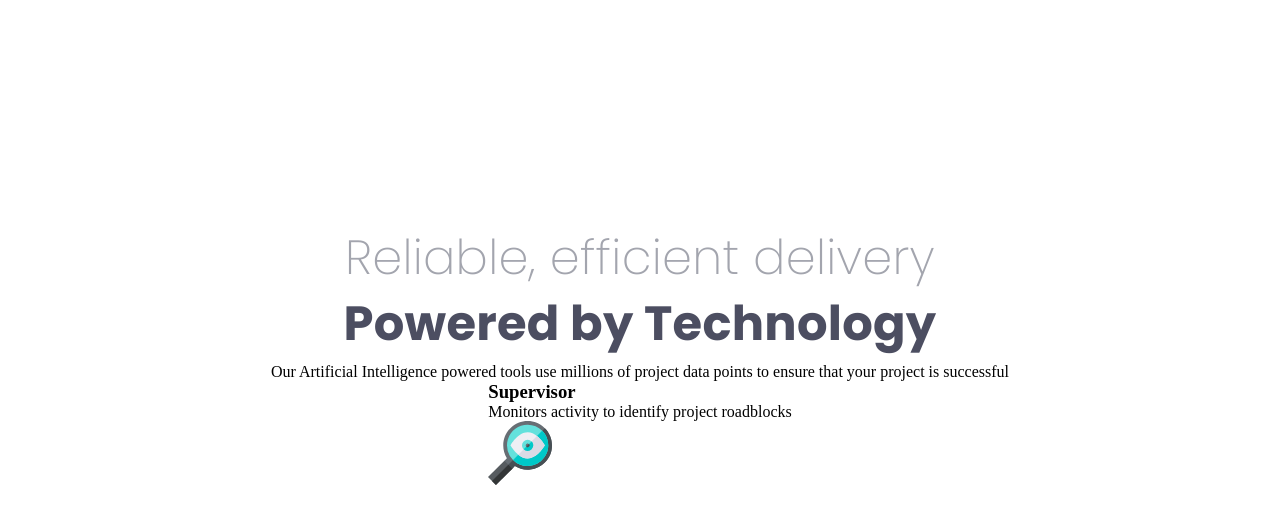
Repository: brandontaylor1/four-card-feature
Page: index.html
The author's editor kept a copy of each file at every save. The page is drawn from the files as they stood at one save, then again after the next save.
The browser window is 1280 px wide. The pictures show the whole page.

Above is the page before, as saved 2025-01-09 22:34:23.

### index.html
<!DOCTYPE html>
<html lang="en">
<head>
    <meta charset="UTF-8">
    <meta name="viewport" content="width=device-width, initial-scale=1.0">
    <link rel="preconnect" href="https://fonts.googleapis.com">
    <link rel="preconnect" href="https://fonts.gstatic.com" crossorigin>
    <link href="https://fonts.googleapis.com/css2?family=Poppins:ital,wght@0,100;0,200;0,300;0,400;0,500;0,600;0,700;0,800;0,900;1,100;1,200;1,300;1,400;1,500;1,600;1,700;1,800;1,900&display=swap" rel="stylesheet">
    <link rel="stylesheet" href="styles.css">
    <title>Four Card Feature</title>
</head>
<body>
    <main class="container">
        <section class="page-content">
            <h1>Reliable, efficient delivery</h1>
            <h2>Powered by Technology</h2>
            <p>Our Artificial Intelligence powered tools use millions of project data points to ensure that your project is successful</p>
        </section>
        <section class="card-container">
            <div class="card-column">
                <div class="card">
                    <h3>Supervisor</h3>
                    <p>Monitors activity to identify project roadblocks</p>
                    <img src="./assets/images/icon-supervisor.svg" alt="Supervisor Icon">
                </div>
            </div>
        </section>
    </main>

</body>
</html>

### styles.css
* {
    margin: 0;
    padding: 0;
    box-sizing: border-box;
}

:root {
    --primary-red: hsl(0, 78%, 62%);
    --primary-cyan: hsl(180, 62%, 55%);
    --primary-orange: hsl(34, 97%, 64%);
    --primary-blue: hsl(212, 86%, 64%);

    --secondary-dark-blue: hsl(234, 12%, 34%);
    --secondary-grayish-blue: hsl(229, 6%, 66%);
    --secondary-light-gray: hsl(0, 0%, 98%);
}

.container {
    height: 100vh;
    display: flex;
    align-items: center;
    justify-content: center;
    flex-direction: column;
}

.page-content {
    display: flex;
    flex-direction: column;
    align-items: center;
    justify-content: space-between;
    height: 150px;
}

.page-content h1 {
    font-size: 3rem;
    font-family: "Poppins", sans-serif;
    font-weight: 200;
    line-height: 54px;
    letter-spacing: .25px;
    color: var(--secondary-grayish-blue);
}

.page-content h2 {
    font-size: 3rem;
    font-family: "Poppins", sans-serif;
    font-weight: 700;
    line-height: 54px;
    letter-spacing: .25px;
    color: var(--secondary-dark-blue);
}

After the next save:
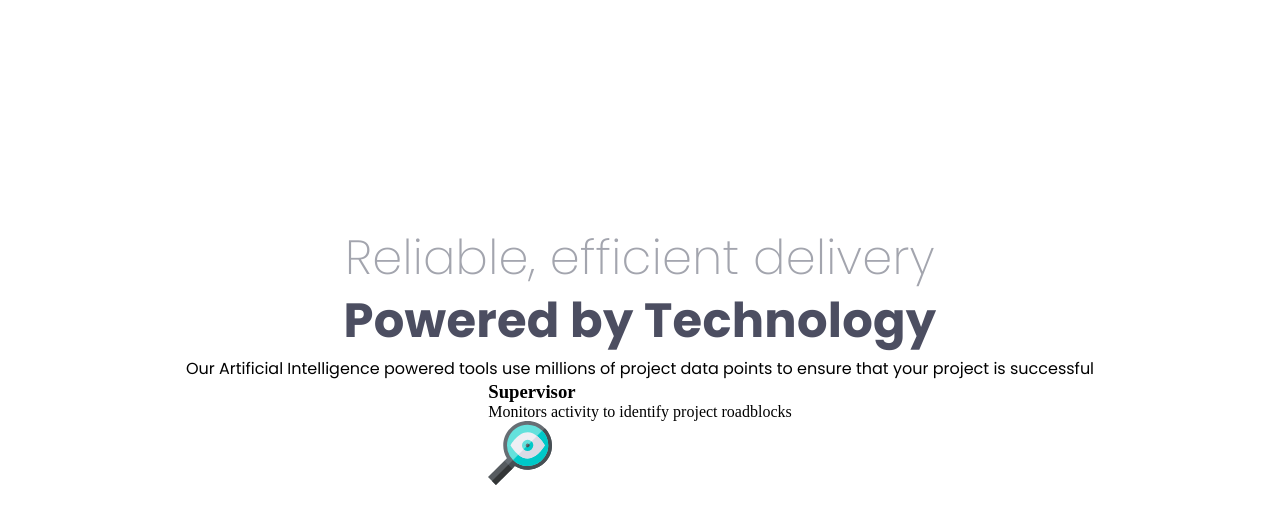
Saved 43 s later.
--- a/styles.css
+++ b/styles.css
@@ -48,3 +48,10 @@
     letter-spacing: .25px;
     color: var(--secondary-dark-blue);
 }
+
+.page-content p {
+    font-size: 1rem;
+    font-family: "Poppins", sans-serif;
+    font-weight: 400;
+
+}
